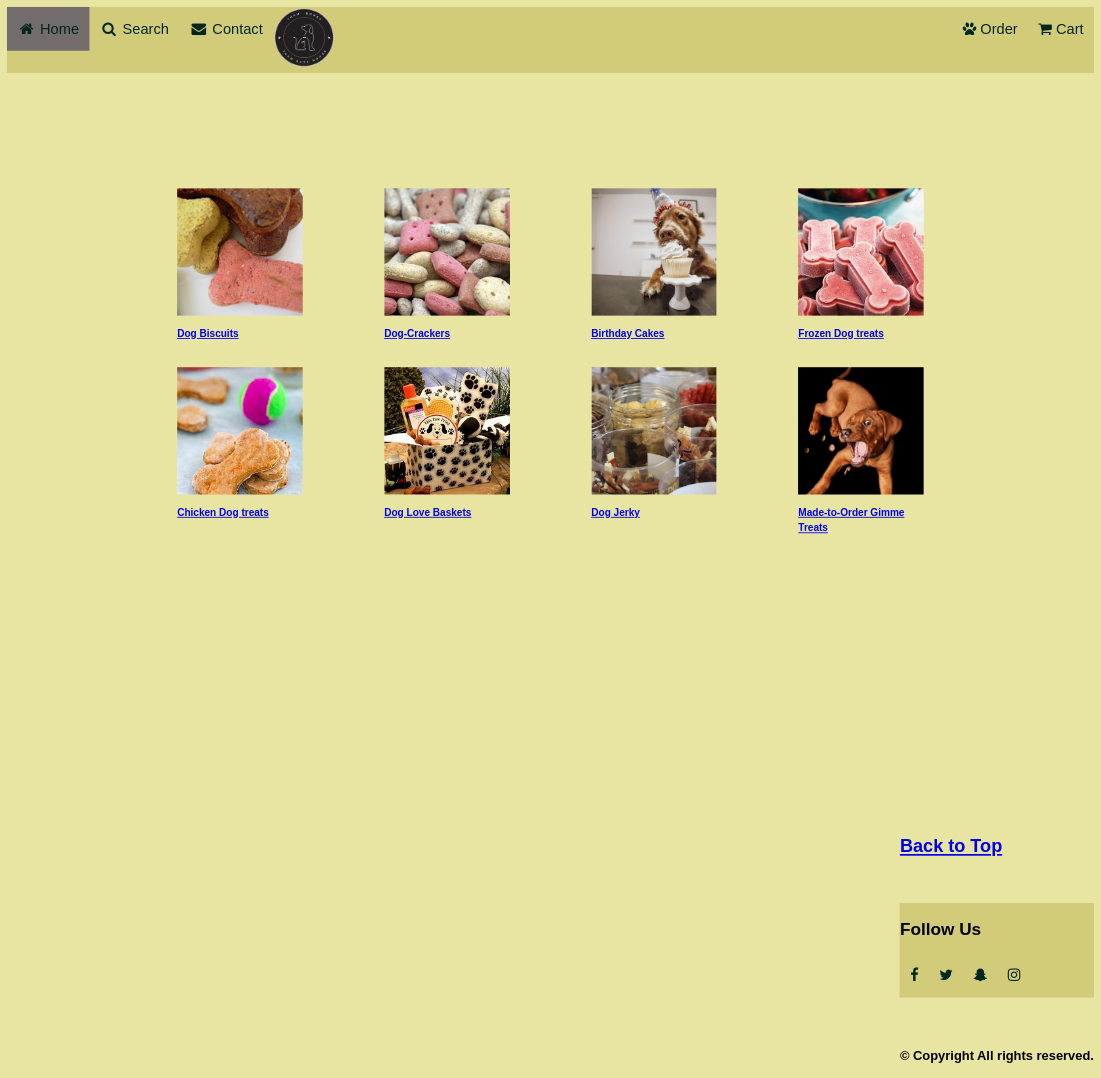
Repository: vgoins-RA2022/HTML-1
Page: index.html
The author's editor kept a copy of each file at every save. The page is drawn from the files as they stood at one save, then again after the next save.
The browser window is 1280 px wide. The pictures show the whole page, at 86% of full size.

Above is the page before, as saved 2023-01-21 19:02:12.

After the next save:
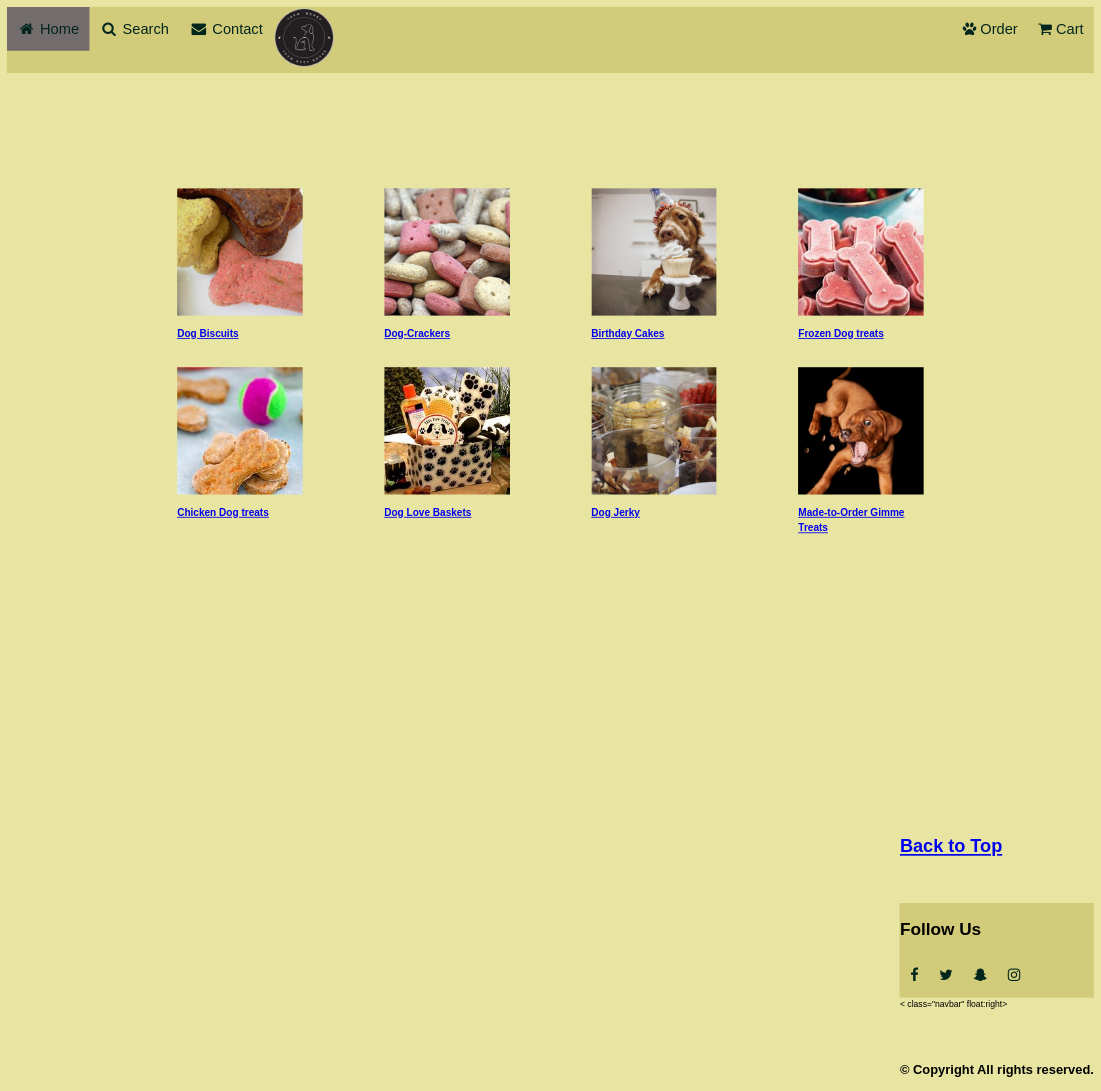
Saved 84 s later.
--- a/index.html
+++ b/index.html
@@ -99,7 +99,7 @@
       <a href="#"><i class="fa fa-instagram"></i> </a>
 
     </div>
-    <div class="navbar" float:right></div>
+    < class="navbar" float:right>
         <p class="copyright"> <h2>&copy; Copyright All rights reserved.</h2> </p>
     </div>
 
